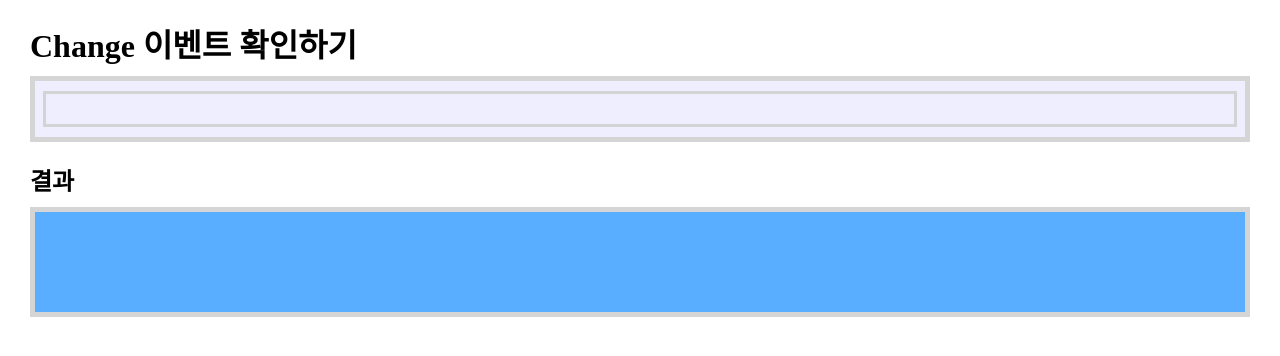
Repository: ssummini/Web
Page: jQuery/src/main/webapp/02_jQueryEvent/ exam09.html
An editor plug-in stored every save of this project. The page is shown before and after the next save, followed by the edit.
The browser window is 1280 px wide. The pictures show the whole page.

Above is the page before, as saved 2024-08-23 01:21:12.

After the next save:
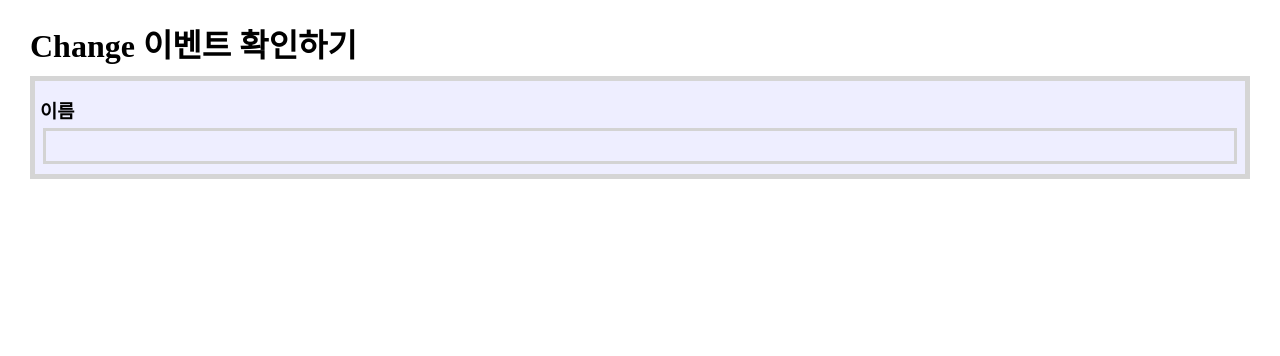
Saved 48 s later.
--- a/jQuery/src/main/webapp/02_jQueryEvent/ exam09.html
+++ b/jQuery/src/main/webapp/02_jQueryEvent/ exam09.html
@@ -8,10 +8,9 @@
 <body>
 	<h1>Change 이벤트 확인하기</h1>
 	<div id="input">
-		<input type="text" />
+		<h3>이름</h3>
+		<input type="text" name="uesr_name" />
 	</div>
-	<h2>결과</h2>
-	<div id="result"></div>
 
 <script type="text/javascript" src="http://code.jquery.com/jquery-3.7.1.min.js"></script>
 <script type="text/javascript">
